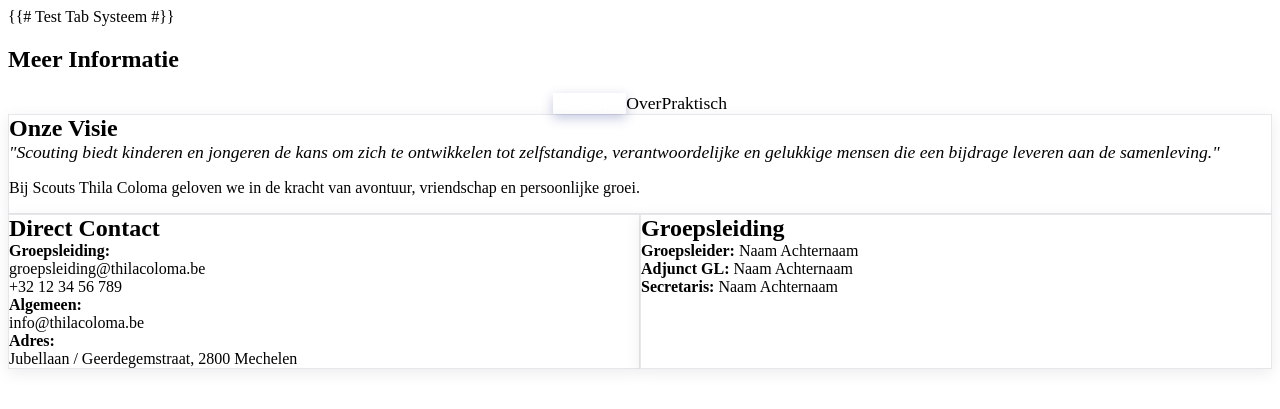
Repository: SimonCodesf/thilacoloma
Page: resources/views/meer.antlers.html
An editor plug-in stored every save of this project. The page is shown before and after the next save, followed by the edit.
The browser window is 1280 px wide. The pictures show the whole page.

Above is the page before, as saved 2025-08-21 13:35:50.

### resources/views/meer.antlers.html
{{# Test Tab Systeem #}}

<div class="page-section">
    <h2>Meer Informatie</h2>

    <!-- Tab Navigation -->
    <div class="tab-navigation">
        <button class="tab-button active" onclick="showTab('hoofdinfo', this)">
            <i class="fas fa-home"></i>
            Hoofdinfo
        </button>
        <button class="tab-button" onclick="showTab('over', this)">
            <i class="fas fa-heart"></i>
            Over
        </button>
        <button class="tab-button" onclick="showTab('praktisch', this)">
            <i class="fas fa-clipboard-list"></i>
            Praktisch
        </button>
    </div>

    <!-- HOOFDINFO TAB -->
    <div id="hoofdinfo" class="tab-content active">

        <!-- Visie -->
        <div class="card">
            <div class="card-content">
                <h3><i class="fas fa-compass"></i> Onze Visie</h3>
                <blockquote>
                    "Scouting biedt kinderen en jongeren de kans om zich te ontwikkelen tot zelfstandige,
                    verantwoordelijke en gelukkige mensen die een bijdrage leveren aan de samenleving."
                </blockquote>
                <p>Bij Scouts Thila Coloma geloven we in de kracht van avontuur, vriendschap en persoonlijke groei.</p>
            </div>
        </div>

        <!-- Contact & Groepsleiding -->
        <div class="grid-2">
            <div class="card">
                <div class="card-content">
                    <h3><i class="fas fa-phone"></i> Direct Contact</h3>
                    <div class="contact-info">
                        <div class="contact-item">
                            <strong>Groepsleiding:</strong><br>
                            <a href="mailto:groepsleiding@thilacoloma.be">groepsleiding@thilacoloma.be</a><br>
                            <a href="tel:+32123456789">+32 12 34 56 789</a>
                        </div>
                        <div class="contact-item">
                            <strong>Algemeen:</strong><br>
                            <a href="mailto:info@thilacoloma.be">info@thilacoloma.be</a>
                        </div>
                        <div class="contact-item">
                            <strong>Adres:</strong><br>
                            <span>Jubellaan / Geerdegemstraat, 2800 Mechelen</span>
                        </div>
                    </div>
                </div>
            </div>

            <div class="card">
                <div class="card-content">
                    <h3><i class="fas fa-users"></i> Groepsleiding</h3>
                    <div class="leiding-info">
                        <div class="leiding-item">
                            <strong>Groepsleider:</strong> Naam Achternaam
                        </div>
                        <div class="leiding-item">
                            <strong>Adjunct GL:</strong> Naam Achternaam
                        </div>
                        <div class="leiding-item">
                            <strong>Secretaris:</strong> Naam Achternaam
                        </div>
                    </div>
                </div>
            </div>
        </div>
    </div>

    <!-- OVER TAB -->
    <div id="over" class="tab-content">
        <div class="card">
            <div class="card-content">
                <h3>Over Tab</h3>
                <p>Dit is alleen zichtbaar in de over tab.</p>
            </div>
        </div>
    </div>

    <!-- PRAKTISCH TAB -->
    <div id="praktisch" class="tab-content">
        <div class="card">
            <div class="card-content">
                <h3>Praktisch Tab</h3>
                <p>Dit is alleen zichtbaar in de praktisch tab.</p>
            </div>
        </div>
    </div>

</div>

<script>
    function showTab(tabName, clickedButton) {
        // Hide all tab contents
        const tabContents = document.querySelectorAll('.tab-content');
        tabContents.forEach(tab => {
            tab.classList.remove('active');
        });

        // Remove active class from all tab buttons
        const tabButtons = document.querySelectorAll('.tab-button');
        tabButtons.forEach(button => {
            button.classList.remove('active');
        });

        // Show selected tab content
        const targetTab = document.getElementById(tabName);
        if (targetTab) {
            targetTab.classList.add('active');
        }

        // Add active class to clicked button
        if (clickedButton) {
            clickedButton.classList.add('active');
        }
    }
</script>

<style>
/* Tab Navigation - Exact zoals verhuur pagina */
.tab-navigation {
    display: flex;
    justify-content: center;
    margin: var(--spacing-xl) 0;
    gap: var(--spacing-md);
}

.tab-button {
    background: var(--broken-white);
    color: var(--primary-color);
    border: 2px solid var(--primary-color);
    padding: var(--spacing-md) var(--spacing-xl);
    border-radius: var(--border-radius-md);
    font-family: var(--font-medium);
    font-size: 1.1em;
    cursor: pointer;
    transition: all var(--transition-normal);
    display: flex;
    align-items: center;
    gap: var(--spacing-sm);
}

.tab-button:hover {
    background: var(--primary-color);
    color: white;
    transform: translateY(-2px);
    box-shadow: 0 4px 12px rgba(55, 71, 148, 0.3);
}

.tab-button.active {
    background: var(--primary-color);
    color: white;
    box-shadow: 0 4px 12px rgba(55, 71, 148, 0.3);
}

.tab-button i {
    font-size: 1.2em;
}

/* Tab Content */
.tab-content {
    display: none;
    animation: fadeIn 0.3s ease-in;
}

.tab-content.active {
    display: block;
}

@keyframes fadeIn {
    from { opacity: 0; transform: translateY(10px); }
    to { opacity: 1; transform: translateY(0); }
}

/* Card Styles - Consistent met verhuur */
.card {
    background: white;
    border-radius: var(--border-radius-md);
    box-shadow: 0 4px 15px rgba(0, 0, 0, 0.08);
    margin-bottom: var(--spacing-xl);
    overflow: hidden;
    transition: box-shadow var(--transition-normal);
    border: 1px solid #e5e7eb;
}

.card:hover {
    box-shadow: 0 6px 20px rgba(0, 0, 0, 0.12);
}

.card-content {
    padding: var(--spacing-xl);
}

.card-content h3 {
    color: var(--primary-color);
    font-family: var(--font-bold);
    font-size: 1.5em;
    margin: 0 0 var(--spacing-lg) 0;
    display: flex;
    align-items: center;
    gap: var(--spacing-sm);
}

.card-content h3 i {
    color: var(--primary-color);
}

/* Grid Layout */
.grid-2 {
    display: grid;
    grid-template-columns: repeat(auto-fit, minmax(300px, 1fr));
    gap: var(--spacing-lg);
    margin: var(--spacing-lg) 0;
}

/* Contact & Leiding Info */
.contact-info {
    display: flex;
    flex-direction: column;
    gap: var(--spacing-md);
}

.contact-item {
    padding: var(--spacing-md);
    background: var(--light-bg);
    border-radius: var(--border-radius-sm);
    border-left: 4px solid var(--primary-color);
}

.contact-item strong {
    color: var(--primary-color);
    font-family: var(--font-medium);
}

.contact-item a {
    color: var(--primary-color);
    text-decoration: none;
    font-weight: 500;
}

.contact-item a:hover {
    text-decoration: underline;
}

.leiding-info {
    display: flex;
    flex-direction: column;
    gap: var(--spacing-md);
}

.leiding-item {
    padding: var(--spacing-md);
    border-left: 4px solid var(--primary-color);
    background: var(--light-bg);
    border-radius: var(--border-radius-sm);
}

/* Blockquote styling */
blockquote {
    background: var(--light-bg);
    border-left: 4px solid var(--primary-color);
    padding: var(--spacing-lg);
    margin: var(--spacing-lg) 0;
    font-style: italic;
    font-size: 1.1em;
    color: var(--text-color);
    border-radius: var(--border-radius-sm);
}

/* Responsive Design */
@media (max-width: 768px) {
    .tab-navigation {
        flex-wrap: wrap;
        gap: var(--spacing-sm);
    }

    .tab-button {
        padding: var(--spacing-sm) var(--spacing-md);
        font-size: 1em;
    }

    .grid-2 {
        grid-template-columns: 1fr;
    }

    .card-content {
        padding: var(--spacing-lg);
    }
}
</style>

After the next save:
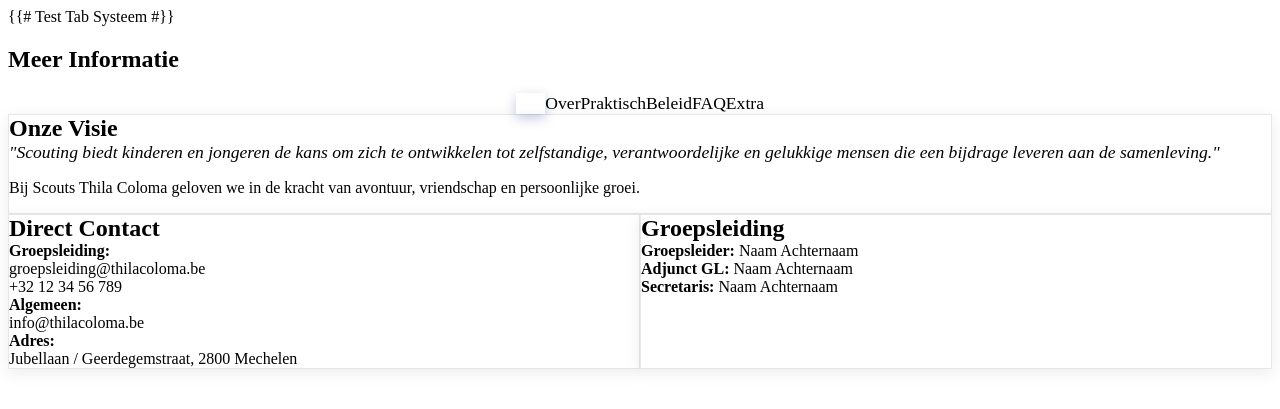
Saved 4 min 0 s later.
--- a/resources/views/meer.antlers.html
+++ b/resources/views/meer.antlers.html
@@ -5,9 +5,9 @@
 
     <!-- Tab Navigation -->
     <div class="tab-navigation">
-        <button class="tab-button active" onclick="showTab('hoofdinfo', this)">
+        <button class="tab-button active" onclick="showTab('info', this)">
             <i class="fas fa-home"></i>
-            Hoofdinfo
+            Info
         </button>
         <button class="tab-button" onclick="showTab('over', this)">
             <i class="fas fa-heart"></i>
@@ -16,6 +16,18 @@
         <button class="tab-button" onclick="showTab('praktisch', this)">
             <i class="fas fa-clipboard-list"></i>
             Praktisch
+        </button>
+        <button class="tab-button" onclick="showTab('beleid', this)">
+            <i class="fas fa-shield-alt"></i>
+            Beleid
+        </button>
+        <button class="tab-button" onclick="showTab('faq', this)">
+            <i class="fas fa-question-circle"></i>
+            FAQ
+        </button>
+        <button class="tab-button" onclick="showTab('extra', this)">
+            <i class="fas fa-star"></i>
+            Extra
         </button>
     </div>
 
